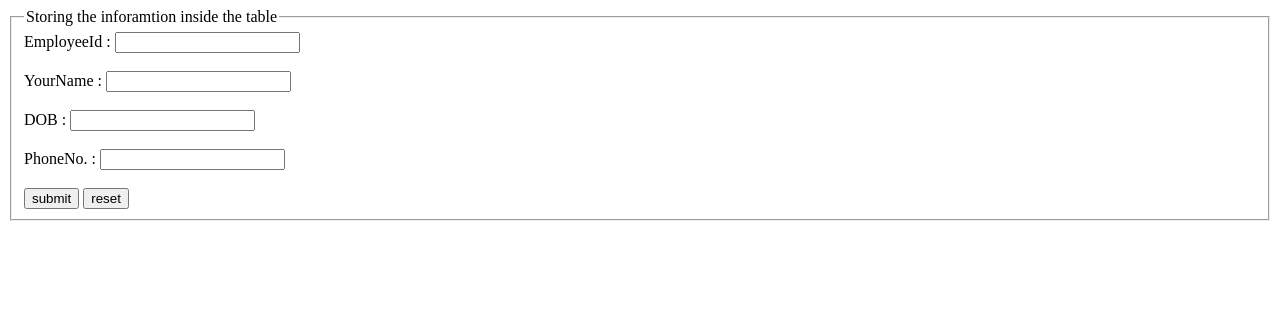
Repository: Altafalinadaf/SimpleProjects
Page: servletDemo7/src/main/webapp/index7.html
These files come from the project's save history. The page is drawn as it stood at one moment and after the next save; the edit follows.
The browser window is 1280 px wide. The pictures show the whole page.

Above is the page before, as saved 2023-10-31 11:13:41.

After the next save:
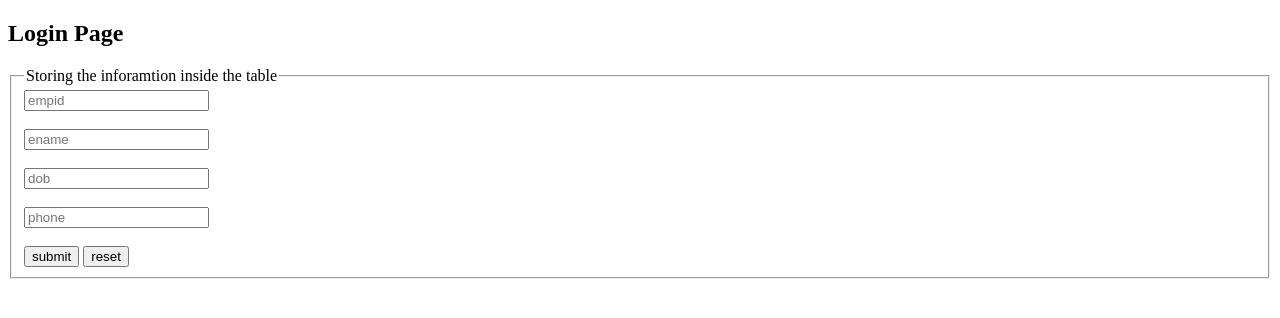
Saved 28 min 34 s later.
--- a/servletDemo7/src/main/webapp/index7.html
+++ b/servletDemo7/src/main/webapp/index7.html
@@ -9,23 +9,23 @@
 <body>
 
 	<form action="register" method="post">
+		<h2>Login Page </h2>
 		<fieldset>
 			<legend>Storing the inforamtion inside the table </legend>
 
-			<label for="id">EmployeeId : </label>
-			<input type="text" name="empId" id="id" />
+			<input type="text" name="empId" placeholder="empid" />
 			<br />
 			<br />
-			<label for="name">YourName : </label>
-			<input type="text" name="ename" id="name" />
+
+			<input type="text" name="ename" placeholder="ename" />
 			<br />
 			<br />
-			<label for="dob">DOB : </label>
-			<input type="text" name="dob" id="dob" />
+
+			<input type="text" name="dob" placeholder="dob" />
 			<br />
 			<br />
-			<label for="phone">PhoneNo. : </label>
-			<input type="number" name="phone" id="phone" />
+
+			<input type="number" name="phone" placeholder="phone" />
 			<br />
 			<br />
 			<input type="submit" value="submit" />
